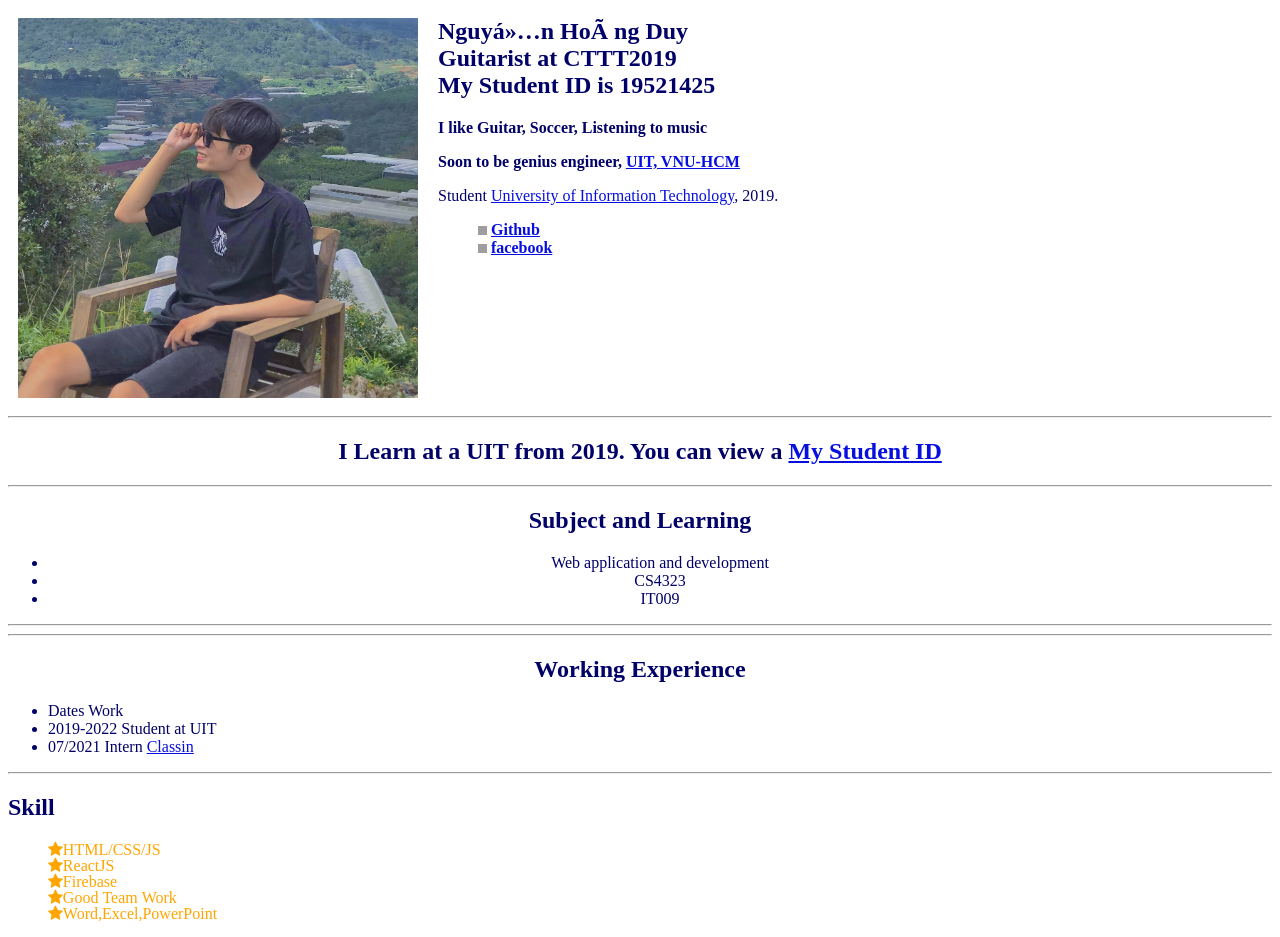
Repository: HoangDuy315/web-dev2022
Page: ex2.html
An editor plug-in stored every save of this project. The page is shown before and after the next save, followed by the edit.
The browser window is 1280 px wide. The pictures show the whole page.
Pictures or frames that could not be fetched are drawn as grey boxes.

Above is the page before, as saved 2022-09-22 15:18:04.

After the next save:
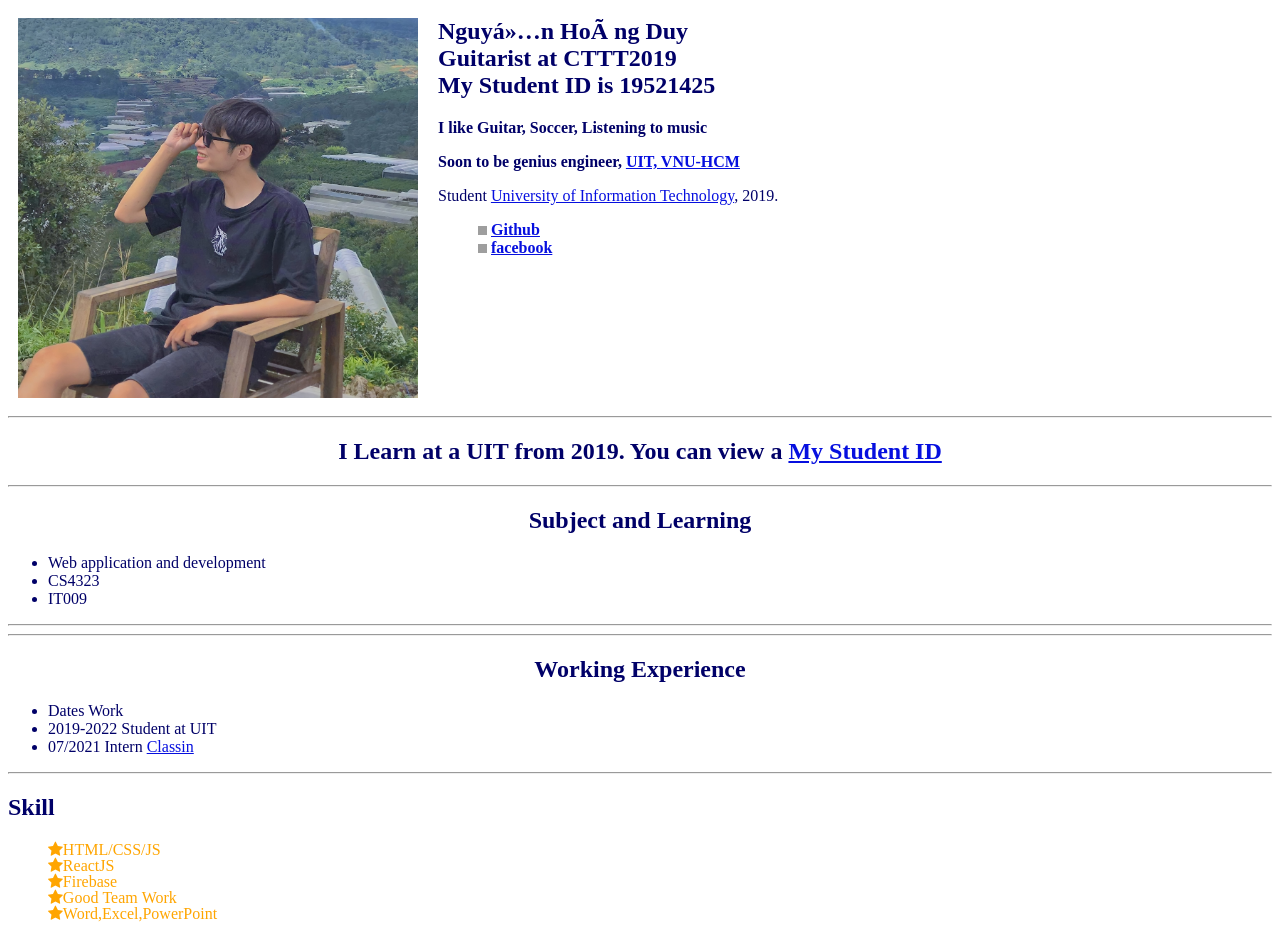
Saved 21 s later.
--- a/ex2.html
+++ b/ex2.html
@@ -60,9 +60,9 @@ Student <a href="https://www.uit.edu.vn/">University of Information Technology</
 <hr>
     <h2 class="yud">Subject and Learning</h2>
     <ul>
-        <li class="yud">Web application and development</li>
-        <li class="yud">CS4323</li>
-        <li class="yud">IT009</li>
+        <li >Web application and development</li>
+        <li >CS4323</li>
+        <li >IT009</li>
     </ul>
 
 <hr>
